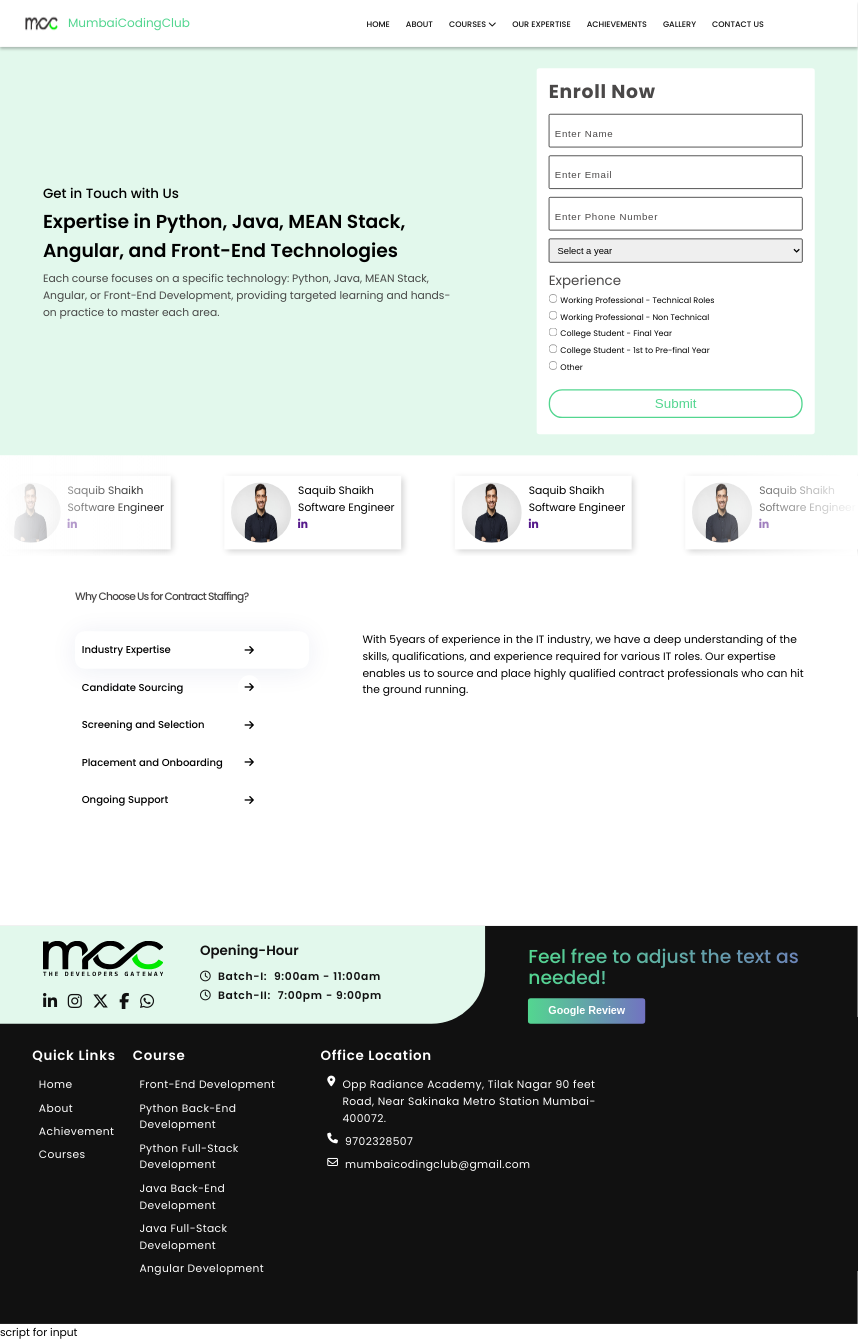
Repository: msmsa2001/mcc-theme
Page: contact.html
The author's editor kept a copy of each file at every save. The page is drawn from the files as they stood at one save, then again after the next save.
The browser window is 1280 px wide. The pictures show the whole page, at 67% of full size.
Pictures or frames that could not be fetched are drawn as grey boxes.

Above is the page before, as saved 2024-07-26 03:02:30.
Console error: TypeError: Cannot read properties of null (reading 'querySelector')

After the next save:
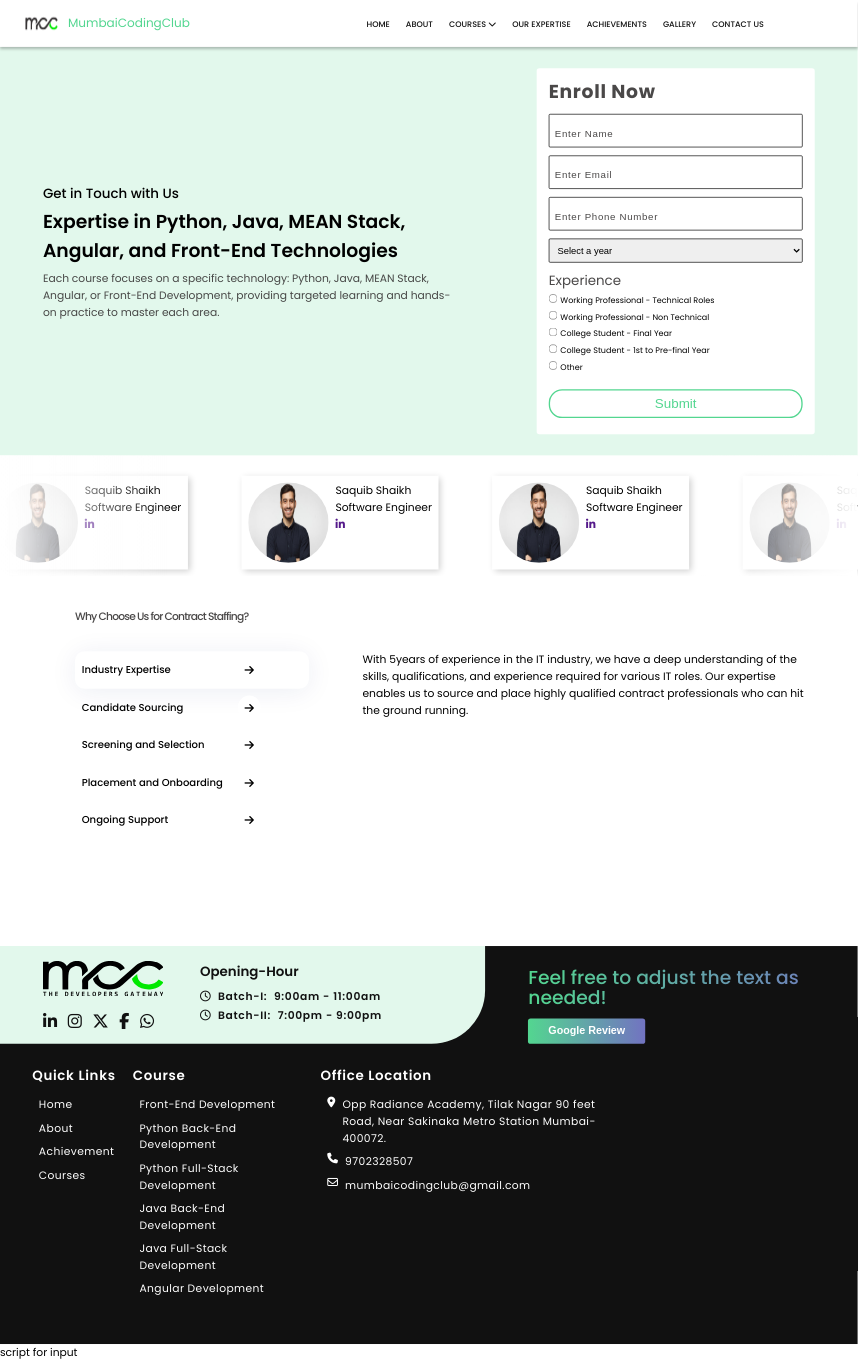
Saved 72 s later.
--- a/contact.css
+++ b/contact.css
@@ -120,8 +120,8 @@ body{
 }
 .logos .logos-slide img{
     border-radius: 50%;
-    width: 90px;
-    height: 90px;
+    width: 120px;
+    height: 120px;
 }
 .logos:before,
 .logos:after {
